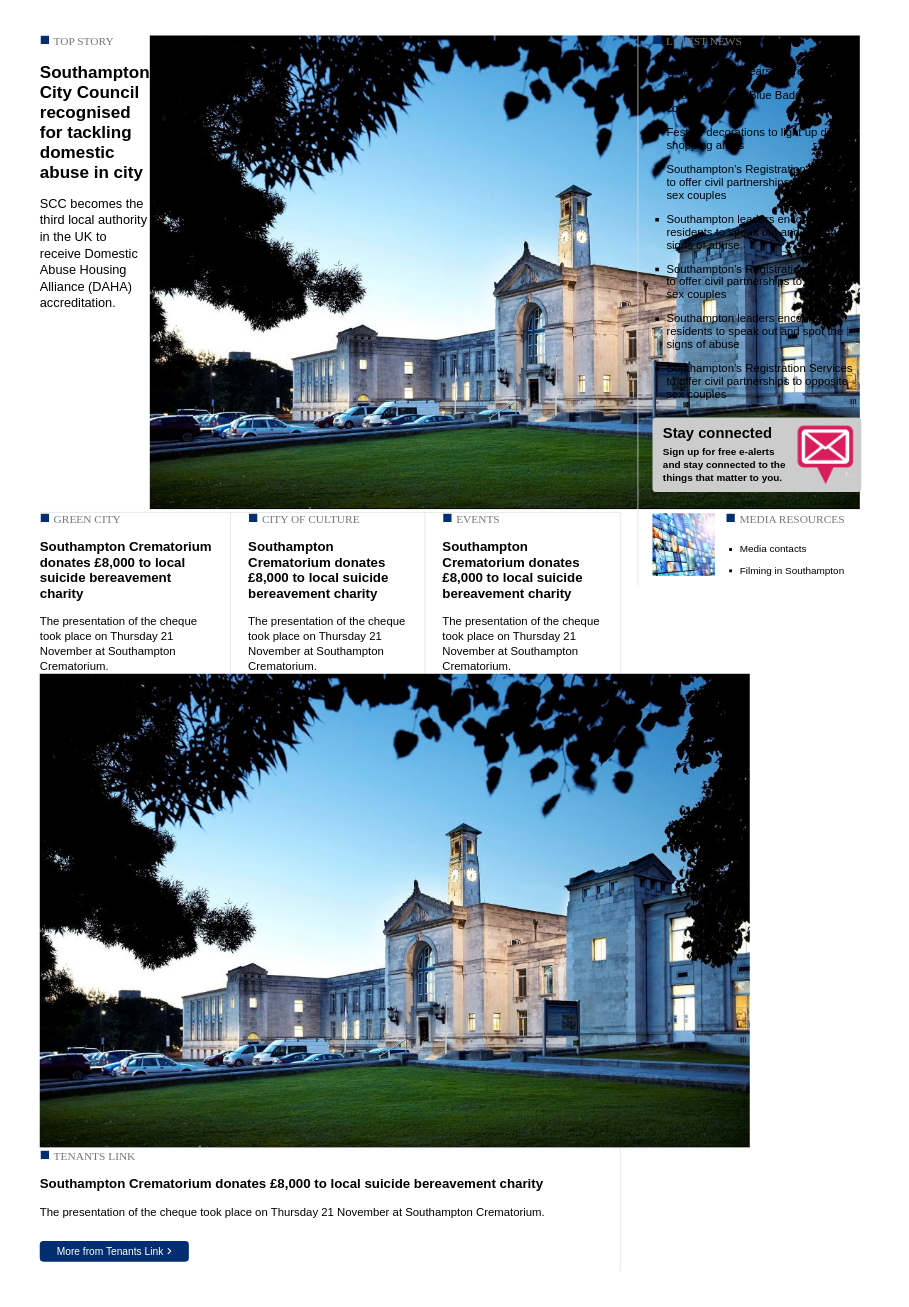
Repository: Domehead123/newspage
Page: news.html
The author's editor kept a record of every edit. The page is drawn from the files as they stood at one moment, then again after the next edit.
The browser window is 1280 px wide. The pictures show the whole page, at 71% of full size.
Some web libraries are served in a nearby version.

Above is the page before.

After the next edit:
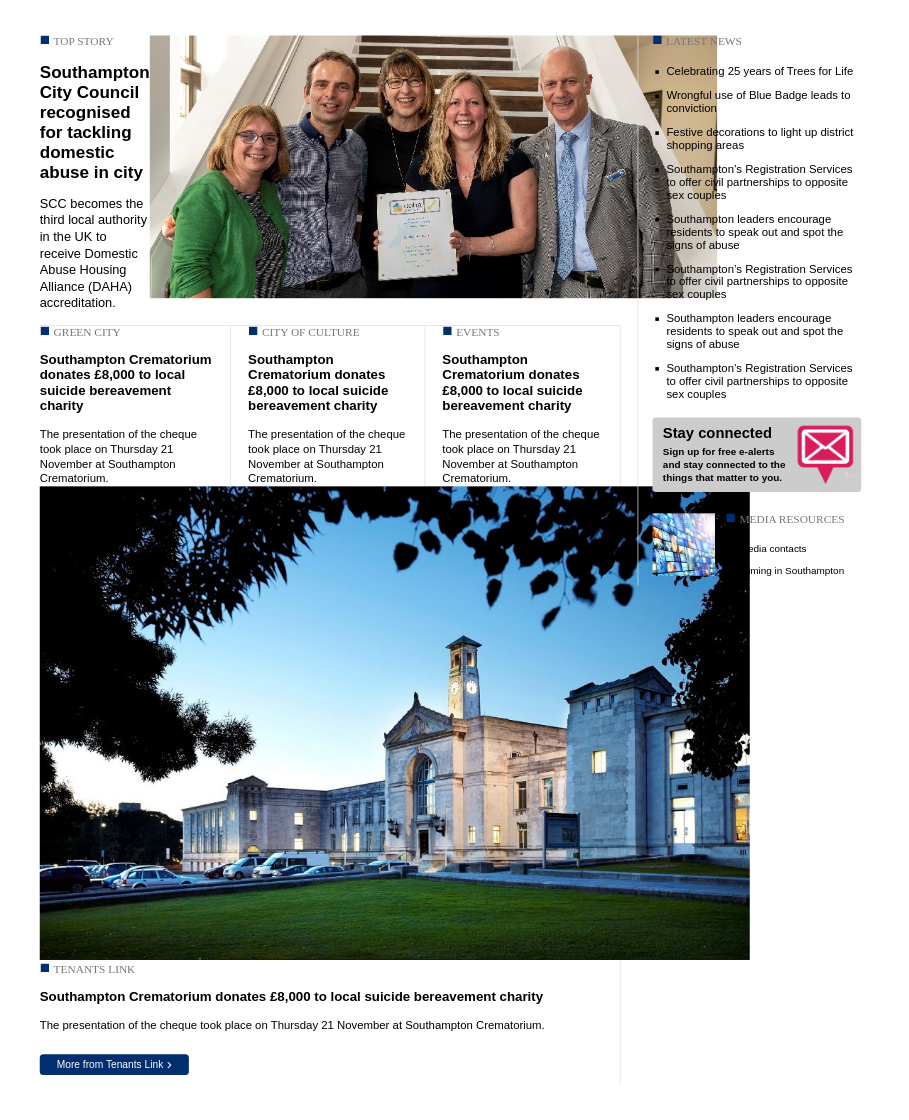
The edit:
--- a/news.html
+++ b/news.html
@@ -29,7 +29,7 @@
                 </div>
 
                 <div class="top-story-image">
-                    <a href="#"><img src="images/civic-centre-2.jpg"></a>
+                    <img src="images/DAHA.jpg">
                 </div>
             </div>
 
